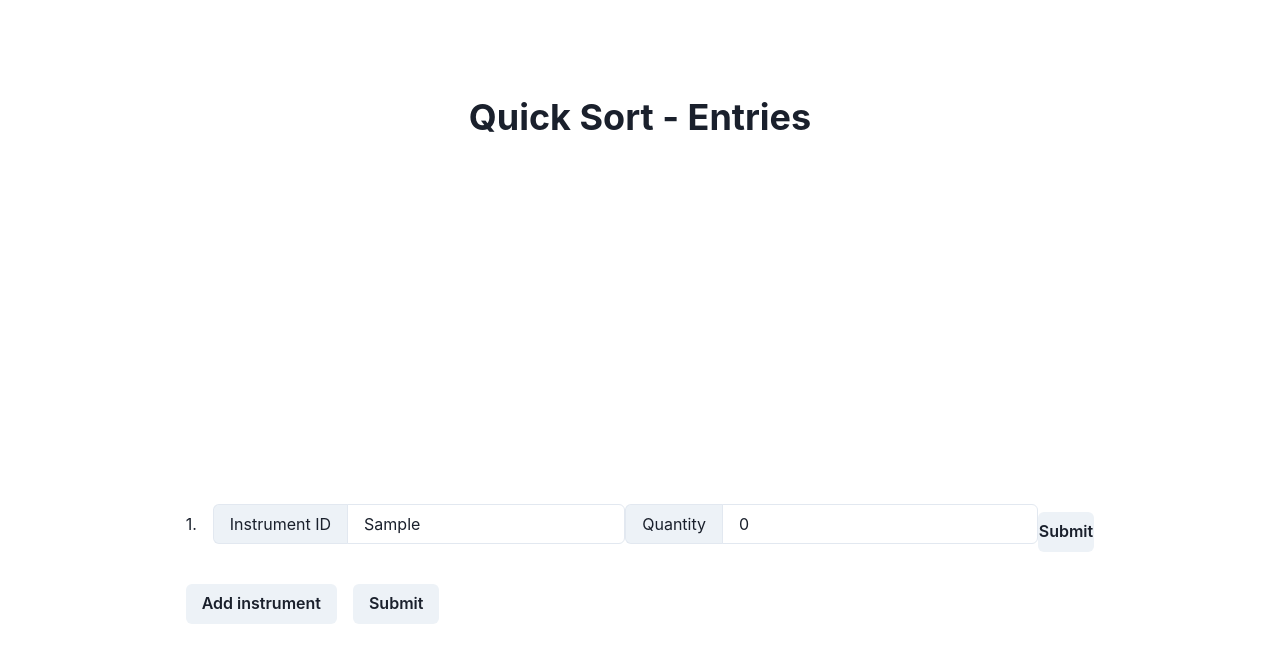
Repository: rohit-jindal18/stock-trailer
Page: /home
These files come from the project's save history. The page is drawn as it stood at one moment and after the next save; the edit follows.
The browser window is 1280 px wide. The pictures show the whole page.
The project was rebuilt for these pictures with package versions that can differ from the ones it lists, and the page was loaded fresh each time. The framework's server and built-in components were replaced by stand-ins that run in the browser. Also part of the build but not shown: next.config.js.

Above is the page before, as saved 2023-03-14 15:06:08.

### src/pages/_app.tsx
import '@stock-trailer/styles/globals.css'
import { ChakraProvider } from '@chakra-ui/react'
import type { AppProps } from 'next/app'

export default function App({ Component, pageProps }: AppProps) {
  return (
    <ChakraProvider>
      <Component {...pageProps} />
    </ChakraProvider>
  )
}

### src/pages/home.tsx
import { Box, Button, Heading, Input, InputGroup, InputLeftAddon, Text } from '@chakra-ui/react'
import styles from '@stock-trailer/styles/Home.module.css'
import { IInstrumentInfo } from '@stock-trailer/types'
import { Inter } from 'next/font/google'
import Head from 'next/head'
import { useState } from 'react'

const inter = Inter({ subsets: ['latin'] })

export default function Authorize() {
  const [instruments, setInstruments] = useState<IInstrumentInfo[]>([{
    id: 'Sample',
    qty: 0
  }]);

  const addMoreInstrument = () => {
    const newInstruments = [...instruments, {
      id: 'Sample',
      qty: 0
    }]
    setInstruments(newInstruments);
  }
  return (
    <>
      <Head>
        <title>Stock - Trailer</title>
        <meta name="description" content="Generated by create next app" />
        <meta name="viewport" content="width=device-width, initial-scale=1" />
        <link rel="icon" href="/favicon.ico" />
      </Head>
      <main className={styles.main}>
        <div className={styles.description}>
          <Heading>Quick Sort - Entries</Heading>
        </div>
        <Box>
          {
            instruments.map((instrument, index) => {
              return (
                <Box marginY={'16px'} display={'flex'} alignItems='center' key={`qs-${index}`} >
                  <Text mr={'16px'}>{index + 1}.</Text>
                  <InputGroup>
                    <InputLeftAddon children='Instrument ID' />
                    <Input placeholder='Enter' title='Instrument Id' display={'Instrument Id'} value={instrument.id} onChange={(event) => {
                      const newInstruments = [
                        ...instruments
                      ]
                      newInstruments[index].id = event.target.value
                      setInstruments(newInstruments);
                    }} />
                  </InputGroup>
                  <InputGroup>
                    <InputLeftAddon children='Quantity' />
                    <Input placeholder='Enter' value={instrument.qty} onChange={(event) => {
                      const newInstruments = [
                        ...instruments
                      ]
                      newInstruments[index].qty = +event.target.value
                      setInstruments(newInstruments);
                    }} />
                  </InputGroup>
                  <Button variant={'solid'} mt={'16px'}>Submit</Button>
                </Box>
              );
            })
          }
          <Box>
            <Button mr={'16px'} variant={'solid'} mt={'16px'} onClick={addMoreInstrument}>Add instrument</Button>
            <Button variant={'solid'} mt={'16px'}>Submit</Button>
          </Box>
        </Box>
      </main>
    </>
  )
}

### src/styles/Home.module.css
.main {
  display: flex;
  flex-direction: column;
  justify-content: space-between;
  align-items: center;
  padding: 6rem;
  min-height: 100vh;
}

.description {
  display: flex;
  justify-content: center;
  align-items: center;
  height: 100%;
  font-size: 0.85rem;
  max-width: var(--max-width);
  width: 100%;
  z-index: 2;
  font-family: var(--font-mono);
}

.description a {
  display: flex;
  justify-content: center;
  align-items: center;
  gap: 0.5rem;
}

.description p {
  position: relative;
  margin: 0;
  padding: 1rem;
  background-color: rgba(var(--callout-rgb), 0.5);
  border: 1px solid rgba(var(--callout-border-rgb), 0.3);
  border-radius: var(--border-radius);
}

.code {
  font-weight: 700;
  font-family: var(--font-mono);
}

.grid {
  display: grid;
  grid-template-columns: repeat(4, minmax(25%, auto));
  width: var(--max-width);
  max-width: 100%;
}

.card {
  padding: 1rem 1.2rem;
  border-radius: var(--border-radius);
  background: rgba(var(--card-rgb), 0);
  border: 1px solid rgba(var(--card-border-rgb), 0);
  transition: background 200ms, border 200ms;
}

.card span {
  display: inline-block;
  transition: transform 200ms;
}

.card h2 {
  font-weight: 600;
  margin-bottom: 0.7rem;
}

.card p {
  margin: 0;
  opacity: 0.6;
  font-size: 0.9rem;
  line-height: 1.5;
  max-width: 30ch;
}

.center {
  display: flex;
  justify-content: center;
  align-items: center;
  position: relative;
  padding: 4rem 0;
}

.center::before {
  background: var(--secondary-glow);
  border-radius: 50%;
  width: 480px;
  height: 360px;
  margin-left: -400px;
}

.center::after {
  background: var(--primary-glow);
  width: 240px;
  height: 180px;
  z-index: -1;
}

.center::before,
.center::after {
  content: '';
  left: 50%;
  position: absolute;
  filter: blur(45px);
  transform: translateZ(0);
}

.logo,
.thirteen {
  position: relative;
}

.thirteen {
  display: flex;
  justify-content: center;
  align-items: center;
  width: 75px;
  height: 75px;
  padding: 25px 10px;
  margin-left: 16px;
  transform: translateZ(0);
  border-radius: var(--border-radius);
  overflow: hidden;
  box-shadow: 0px 2px 8px -1px #0000001a;
}

.thirteen::before,
.thirteen::after {
  content: '';
  position: absolute;
  z-index: -1;
}

/* Conic Gradient Animation */
.thirteen::before {
  animation: 6s rotate linear infinite;
  width: 200%;
  height: 200%;
  background: var(--tile-border);
}

/* Inner Square */
.thirteen::after {
  inset: 0;
  padding: 1px;
  border-radius: var(--border-radius);
  background: linear-gradient(
    to bottom right,
    rgba(var(--tile-start-rgb), 1),
    rgba(var(--tile-end-rgb), 1)
  );
  background-clip: content-box;
}

/* Enable hover only on non-touch devices */
@media (hover: hover) and (pointer: fine) {
  .card:hover {
    background: rgba(var(--card-rgb), 0.1);
    border: 1px solid rgba(var(--card-border-rgb), 0.15);
  }

  .card:hover span {
    transform: translateX(4px);
  }
}

@media (prefers-reduced-motion) {
  .thirteen::before {
    animation: none;
  }

  .card:hover span {
    transform: none;
  }
}

/* Mobile */
@media (max-width: 700px) {
  .content {
    padding: 4rem;
  }

  .grid {
    grid-template-columns: 1fr;
    margin-bottom: 120px;
    max-width: 320px;
    text-align: center;
  }

  .card {
    padding: 1rem 2.5rem;
  }

  .card h2 {
    margin-bottom: 0.5rem;
  }

  .center {
    padding: 8rem 0 6rem;
  }

  .center::before {
    transform: none;
    height: 300px;
  }

  .description {
    font-size: 0.8rem;
  }

  .description a {
    padding: 1rem;
  }

  .description p,
  .description div {
    display: flex;
    justify-content: center;
    position: fixed;
    width: 100%;
  }

  .description p {
    align-items: center;
    inset: 0 0 auto;
    padding: 2rem 1rem 1.4rem;
    border-radius: 0;
    border: none;
    border-bottom: 1px solid rgba(var(--callout-border-rgb), 0.25);
    background: linear-gradient(
      to bottom,
      rgba(var(--background-start-rgb), 1),
      rgba(var(--callout-rgb), 0.5)
    );
    background-clip: padding-box;
    backdrop-filter: blur(24px);
  }

  .description div {
    align-items: flex-end;
    pointer-events: none;
    inset: auto 0 0;
    padding: 2rem;
    height: 200px;
    background: linear-gradient(
      to bottom,
      transparent 0%,
      rgb(var(--background-end-rgb)) 40%
    );
    z-index: 1;
  }
}

/* Tablet and Smaller Desktop */
@media (min-width: 701px) and (max-width: 1120px) {
  .grid {
    grid-template-columns: repeat(2, 50%);
  }
}

@media (prefers-color-scheme: dark) {
  .vercelLogo {
    filter: invert(1);
  }

  .logo,
  .thirteen img {
    filter: invert(1) drop-shadow(0 0 0.3rem #ffffff70);
  }
}

@keyframes rotate {
  from {
    transform: rotate(360deg);
  }
  to {
    transform: rotate(0deg);
  }
}

Loaded but not shown: src/pages/_document.tsx (common file); src/styles/globals.css (common file)

After the next save:
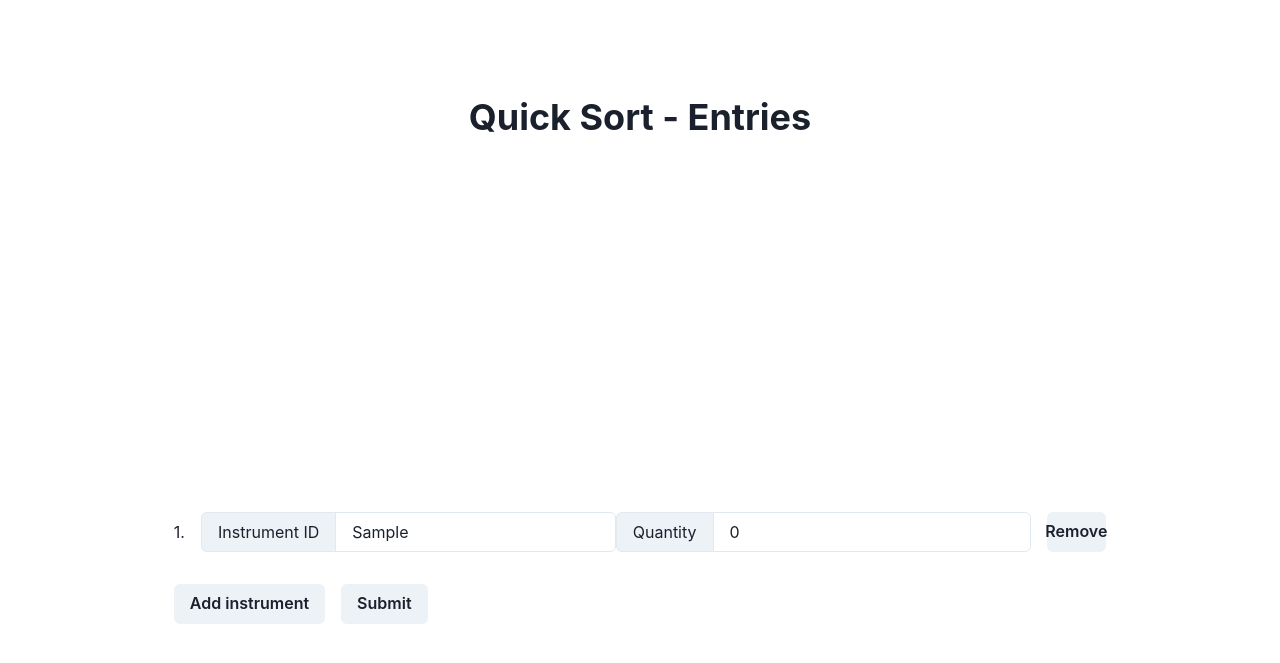
Saved 10 s later.
--- a/src/pages/home.tsx
+++ b/src/pages/home.tsx
@@ -58,7 +58,7 @@ export default function Authorize() {
                       setInstruments(newInstruments);
                     }} />
                   </InputGroup>
-                  <Button variant={'solid'} mt={'16px'}>Submit</Button>
+                  <Button variant={'solid'} ml={'16px'}>Remove</Button>
                 </Box>
               );
             })
